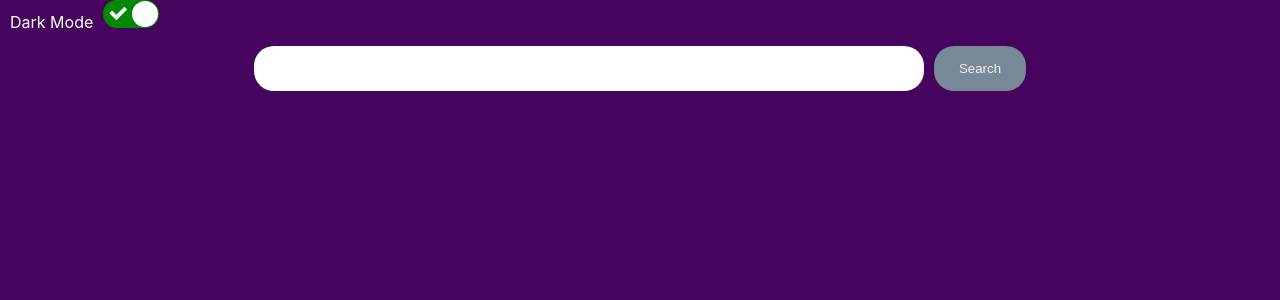
Repository: HunterX-21/Recipe-webApp
Page: /
The author's editor kept a copy of each file at every save. The page is drawn from the files as they stood at one save, then again after the next save.
The browser window is 1280 px wide. The pictures show the whole page.
The page's requests for data from a server got no answer. The project was rebuilt for these pictures with package versions that can differ from the ones it lists, and the page was loaded fresh each time. No one was signed in, and anything a server would have sent is missing. Also part of the build but not shown: src/recipe.module.css, src/Recipes.js.

Above is the page before, as saved 2022-07-07 19:17:14.

### public/index.html
<!DOCTYPE html>
<html lang="en">
  <head>
    <meta charset="utf-8" />
    <link rel="icon" href="%PUBLIC_URL%/favicon.ico" />
    <meta name="viewport" content="width=device-width, initial-scale=1" />
    <meta name="theme-color" content="#000000" />
    <meta
      name="description"
      content="Web site created using create-react-app"
    />
    <link rel="apple-touch-icon" href="%PUBLIC_URL%/logo192.png" />
    <!--
      manifest.json provides metadata used when your web app is installed on a
      user's mobile device or desktop. See https://developers.google.com/web/fundamentals/web-app-manifest/
    -->
    <link rel="manifest" href="%PUBLIC_URL%/manifest.json" />
    <!--
      Notice the use of %PUBLIC_URL% in the tags above.
      It will be replaced with the URL of the `public` folder during the build.
      Only files inside the `public` folder can be referenced from the HTML.

      Unlike "/favicon.ico" or "favicon.ico", "%PUBLIC_URL%/favicon.ico" will
      work correctly both with client-side routing and a non-root public URL.
      Learn how to configure a non-root public URL by running `npm run build`.
    -->
    <title>Recify</title>
  </head>
  <body>
    <noscript>You need to enable JavaScript to run this app.</noscript>
    <div id="root"></div>
    <!--
      This HTML file is a template.
      If you open it directly in the browser, you will see an empty page.

      You can add webfonts, meta tags, or analytics to this file.
      The build step will place the bundled scripts into the <body> tag.

      To begin the development, run `npm start` or `yarn start`.
      To create a production bundle, use `npm run build` or `yarn build`.
    -->
  </body>
</html>

### src/App.js
import "./App.css";
import { createContext, useEffect, useState } from "react";
import Recipe from "./Recipes";
import React from "react";
import ReactSwitch from "react-switch";

export const ThemeContext = createContext(null);

const App = () => {
  const APP_ID = "6b1c144c";
  const APP_KEY = "458cc45743dd5428f00b4794732fbd3e";

  const [recipes, setRecipes] = useState([]);
  const [search, setSearch] = useState("");
  const [query, setquery] = useState("chicken");

  useEffect(() => {
    getRecipes();
  }, [query]);

  const getRecipes = async () => {
    const response = await fetch(
      `https://api.edamam.com/search?q=${query}&app_id=${APP_ID}&app_key=${APP_KEY}`
    );
    const data = await response.json();
    setRecipes(data.hits);
    console.log(data.hits);
  };

  const updateSearch = (e) => {
    setSearch(e.target.value);
    console.log(search);
  };

  const getSearch = (e) => {
    e.preventDefault();
    setquery(search);
    setSearch("");
  };

  const [theme, setTheme] = useState("dark");

  const toggleTheme = () => {
    setTheme((curr) => (curr === "light" ? "dark" : "light"));
  };
  return (
    <ThemeContext.Provider value={{ theme, toggleTheme }}>
      <div className="body" id={theme}>
        <header></header>
        <div className="switch">
          <label>{theme === "light" ? "Light Mode" : "Dark Mode"}</label>
          <ReactSwitch onChange={toggleTheme} checked={theme === "dark"} />
        </div>
        <form onSubmit={getSearch} className="search-form">
          <input
            className="search-bar"
            type="text"
            value={search}
            onChange={updateSearch}
          />
          <button className="search-button" type="submit">
            Search
          </button>
        </form>
        <div className="recipes">
          {recipes.map((recipe) => (
            <Recipe
              key={recipe.recipe.label}
              title={recipe.recipe.label}
              calories={recipe.recipe.calories}
              image={recipe.recipe.image}
              ingredients={recipe.recipe.ingredients}
            />
          ))}
        </div>
      </div>
    </ThemeContext.Provider>
  );
};

export default App;

### src/App.css
.body {
  min-height: 100vh;
  color: #1a202c;
  transition: color 0.2s ease-in;
}
#light {
  background-color: #f3ebf6;
}

#dark {
  background-color: #46045e;
}

#light .main {
  background-color: #fff;
}

#dark .main {
  background-color: #38004c;
}

switch {
  display: flex;
  width: 100vw;
  height: 100px;
  justify-content: center;
  align-items: center;
}

.switch label {
  margin: 10px;
}

#light .switch label {
  color: black;
}

#dark .switch label {
  color: white;
}

.search-form {
  min-height: 10vh;
  display: flex;
  justify-content: center;
  align-items: center;
}
.search-bar {
  width: 50%;
  border: none;
  padding: 15px;
  border-radius: 20px;
}
.search-button {
  background: lightslategrey;
  border: none;
  padding: 15px 25px;
  color: whitesmoke;
  border-radius: 20px;
  margin-left: 10px;
}
.recipes {
  display: flex;
  justify-content: space-around;
  flex-wrap: wrap;
}
header {
  position: absolute;
}

Loaded but not shown: src/index.js (common file); src/index.css (common file); src/reportWebVitals.js (common file)

After the next save:
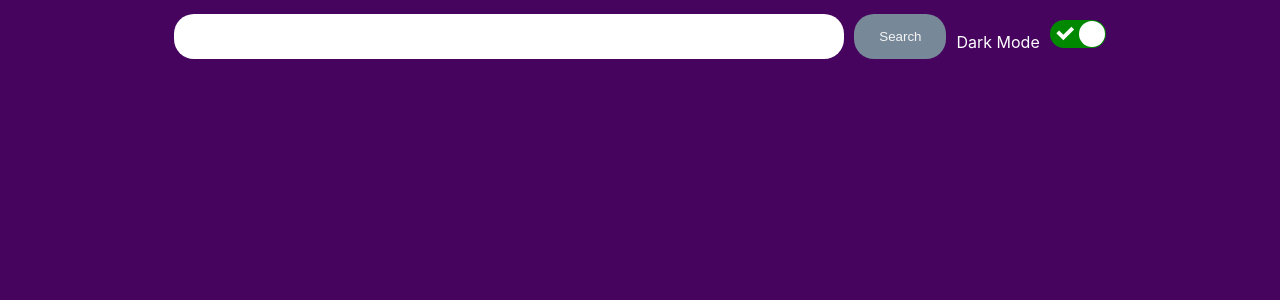
Saved 27 s later.
--- a/src/App.js
+++ b/src/App.js
@@ -47,10 +47,7 @@ const App = () => {
     <ThemeContext.Provider value={{ theme, toggleTheme }}>
       <div className="body" id={theme}>
         <header></header>
-        <div className="switch">
-          <label>{theme === "light" ? "Light Mode" : "Dark Mode"}</label>
-          <ReactSwitch onChange={toggleTheme} checked={theme === "dark"} />
-        </div>
+
         <form onSubmit={getSearch} className="search-form">
           <input
             className="search-bar"
@@ -61,6 +58,10 @@ const App = () => {
           <button className="search-button" type="submit">
             Search
           </button>
+          <div className="switch">
+            <label>{theme === "light" ? "Light Mode" : "Dark Mode"}</label>
+            <ReactSwitch onChange={toggleTheme} checked={theme === "dark"} />
+          </div>
         </form>
         <div className="recipes">
           {recipes.map((recipe) => (
